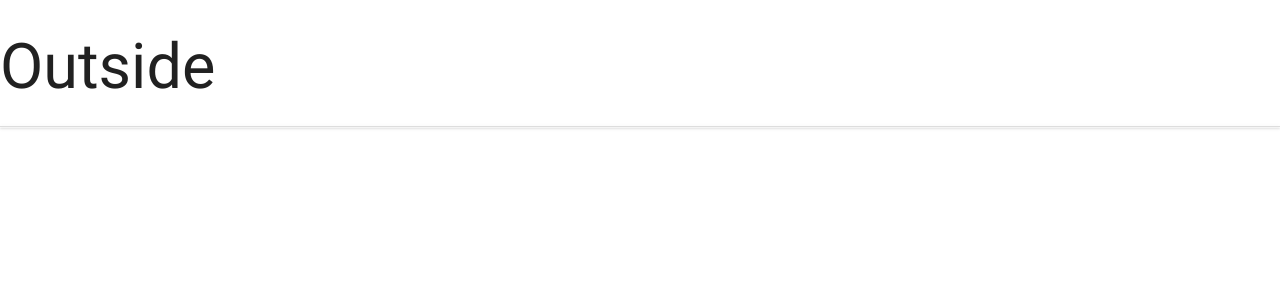
Repository: Neilfoster/task_manger
Page: http://localhost/get_tasks
The author's editor kept a record of every edit. The page is drawn from the files as they stood at one moment, then again after the next edit.
The browser window is 1280 px wide. The pictures show the whole page.
The page is served by the project's application, run on Flask 3 (app.py). Queries for data that is not in the repository find no rows.

Above is the page before.

### templates/tasks.html
{% extends 'base.html' %}
{% block content %}
    <ul class="collapsible" data-collapsible="accordion">
        {% for task in tasks %}
        <li>
            <div class="collapsible-header">

                <div class=" task_header col s9">
                    <i class="material-icons">expand_more</i><strong>{{task.task_name}}</strong> - {{task.due_date}}
                </div>
            </div>
            <div class="collapsible-body">
                <span>
                    {{task.task_description}}
                </span>
            </div>
        </li>
        {% endfor %}
    </ul>
{% endblock %}

### templates/base.html
<!DOCTYPE html>
<html>

<head>
    <link href="https://fonts.googleapis.com/icon?family=Material+Icons" rel="stylesheet">
    <link rel="stylesheet" href="https://cdnjs.cloudflare.com/ajax/libs/materialize/0.100.2/css/materialize.min.css">
</head>

<body>
    <h1>Outside</h1>
    {% block content %} {% endblock %}
    <script src="https://cdnjs.cloudflare.com/ajax/libs/jquery/3.4.1/jquery.min.js"></script>
    <script src="https://cdnjs.cloudflare.com/ajax/libs/materialize/0.100.2/js/materialize.min.js"></script>
    <script type="text/javascript">
       $(document).ready(function(){
       $('.collapsible').collapsible();
  });
  </script>
</body>

</html>

### app.py
import os
from flask import Flask, render_template, redirect, request, url_for
from flask_pymongo import PyMongo
from bson.objectid import ObjectId

app = Flask(__name__)

app.config["MONGO_DBNAME"] = 'task_manager'
app.config["MONGO_URI"] = 'mongodb+srv://Neil:BrooklynWooD@myfirstcluster-lxpo1.mongodb.net/task_manager?retryWrites=true&w=majority'

mongo = PyMongo(app)

@app.route('/')
@app.route('/get_tasks')
def get_tasks():
    return render_template("tasks.html",
                           tasks=mongo.db.tasks.find())


@app.route('/add_task')
def add_task():
    return render_template('addtask.html',
                           categories=mongo.db.categories.find())


@app.route('/insert_task', methods=['POST'])
def insert_task():
    tasks = mongo.db.tasks
    tasks.insert_one(request.form.to_dict())
    return redirect(url_for('get_tasks'))


if __name__ == '__main__':
    app.run(host=os.environ.get('IP'),
            port=int(os.environ.get('PORT')),
            debug=True)

After the next edit:
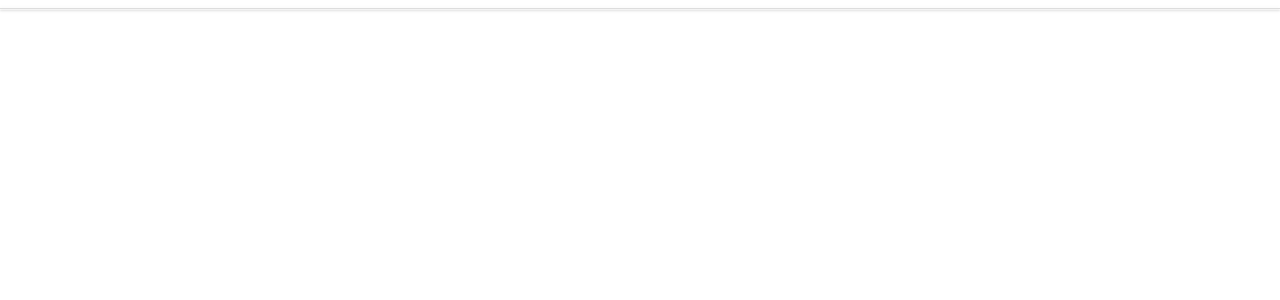
The edit:
--- a/templates/base.html
+++ b/templates/base.html
@@ -7,7 +7,6 @@
 </head>
 
 <body>
-    <h1>Outside</h1>
     {% block content %} {% endblock %}
     <script src="https://cdnjs.cloudflare.com/ajax/libs/jquery/3.4.1/jquery.min.js"></script>
     <script src="https://cdnjs.cloudflare.com/ajax/libs/materialize/0.100.2/js/materialize.min.js"></script>
